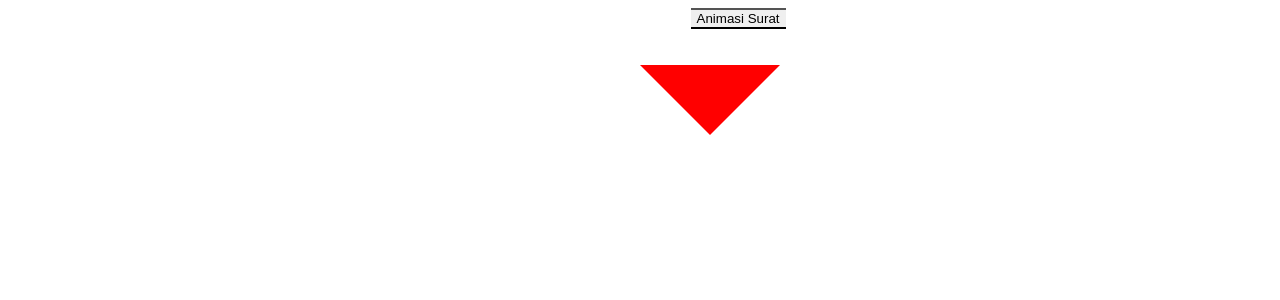
Repository: Irantsitumorang/projectRepo1
Page: BelajarJS/LatihanHTML/WebContent/suratj.html
The author's editor kept a copy of each file at every save. The page is drawn from the files as they stood at one save, then again after the next save.
The browser window is 1280 px wide. The pictures show the whole page.

Above is the page before, as saved 2021-07-01 10:31:10.

After the next save:
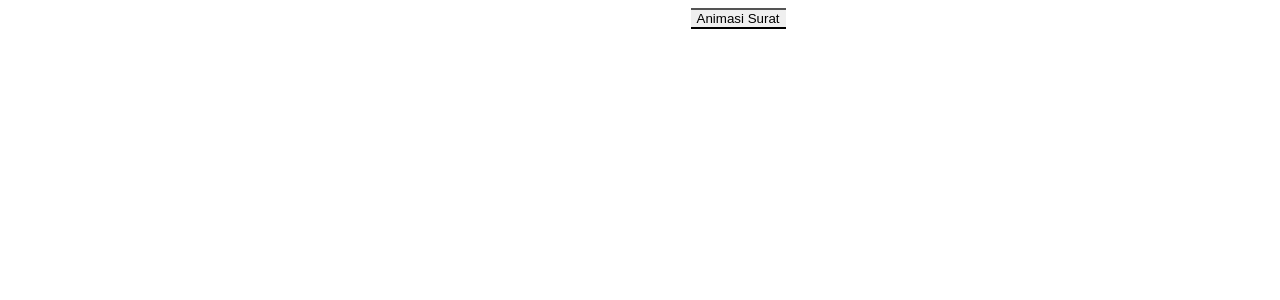
Saved 99 s later.
--- a/BelajarJS/LatihanHTML/WebContent/suratj.html
+++ b/BelajarJS/LatihanHTML/WebContent/suratj.html
@@ -22,17 +22,17 @@
     border-left: 70px solid transparent;
 	border-right: 70px solid transparent;
 	border-bottom: 70px solid red;
-	margin-left: 50%;
+
     }
 
-/*     #surat2 {
+    #surat2 {
     width: 0;
     height: 0;
 
     border-left: 70px solid transparent;
 	border-right: 70px solid transparent;
 	border-top: 70px solid red;
-	margin-left: 50%;
+
     }
 
      #surat3 {
@@ -42,16 +42,10 @@
     border-left: 70px solid transparent;
 	border-right: 70px solid transparent;
 	border-top: 70px solid red;
-	margin-left: 50%;
-    } */
+
+    }
 
    #kumpulan {
-    width: 0;
-    height: 0;
-
-    border-left: 70px solid transparent;
-	border-right: 70px solid transparent;
-	border-top: 70px solid red;
 	margin-left: 50%;
    }
 
@@ -72,9 +66,8 @@ $(document).ready(function(){
 <body>
 
 <button id="bg">Animasi Surat</button><br><br>
-
+<div id="kumpulan">
 <div id="surat1" style="display:none; background-color:yellow;"></div><br>
-<div id="kumpulan">
 <div id="surat2" style="display:none; background-color:orange;"></div><br>
 <div id="surat3" style="display:none; background-color:blue;"></div>
 </div>
